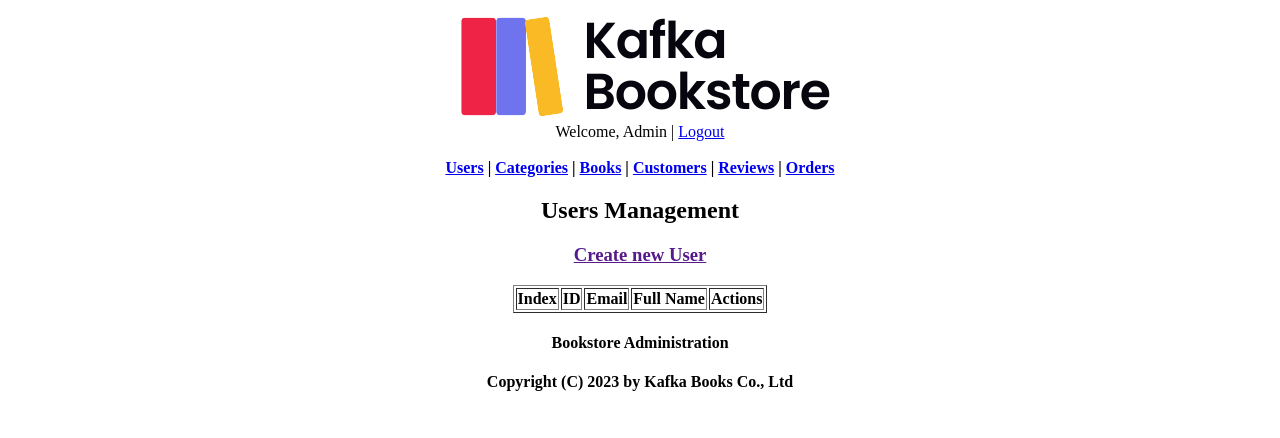
Repository: janvi2502/BookStore
Page: http://localhost/BookStoreWebsite/admin/user_list.jsp
An editor plug-in stored every save of this project. The page is shown before and after the next save, followed by the edit.
The browser window is 1280 px wide. The pictures show the whole page.
The page is served by Tomcat 10.

Above is the page before, as saved 2023-10-24 08:55:22.

After the next save:
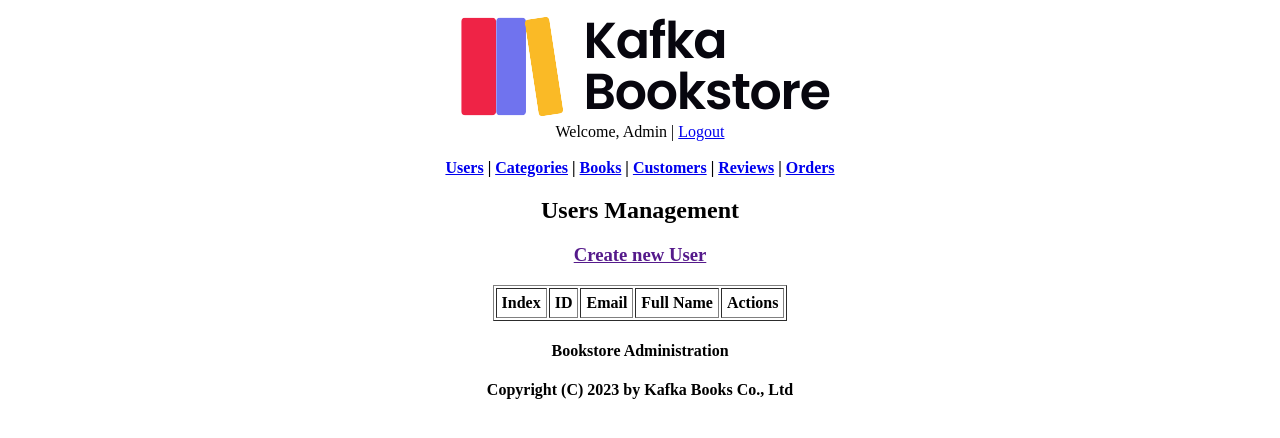
Saved 37 s later.
--- a/BookStoreWebsite/WebContent/admin/user_list.jsp
+++ b/BookStoreWebsite/WebContent/admin/user_list.jsp
@@ -17,7 +17,7 @@
 	</div>
 
 	<div align="center">
-		<table border="1">
+		<table border="1" cellpadding="5">
 			<tr>
 				<th>Index</th>
 				<th>ID</th>
